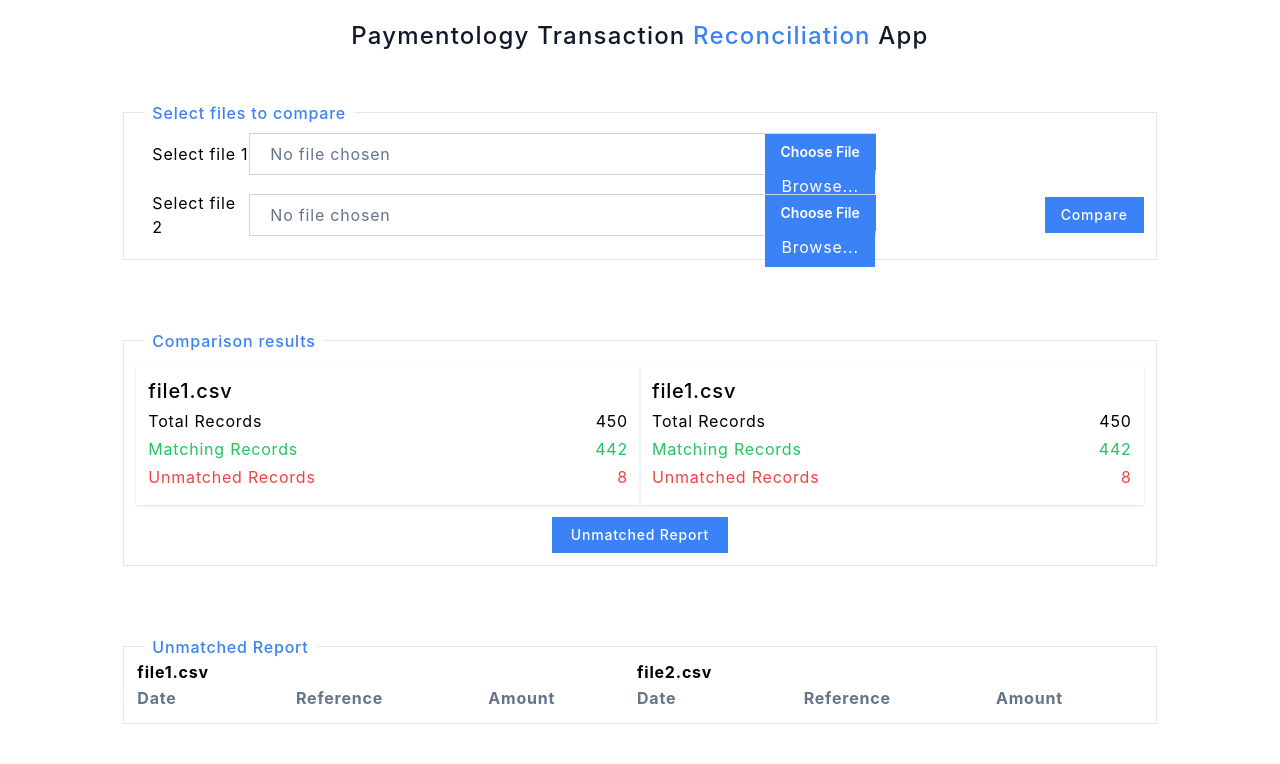
Repository: chionye/paymentology-front
Page: /
These files come from the project's save history. The page is drawn as it stood at one moment and after a run of saves; the edit follows.
The browser window is 1280 px wide. The pictures show the whole page.
The project was rebuilt for these pictures with package versions that can differ from the ones it lists, and the page was loaded fresh each time.

Above is the page before, as saved 2022-03-16 19:24:25.

After the next 2 saves:
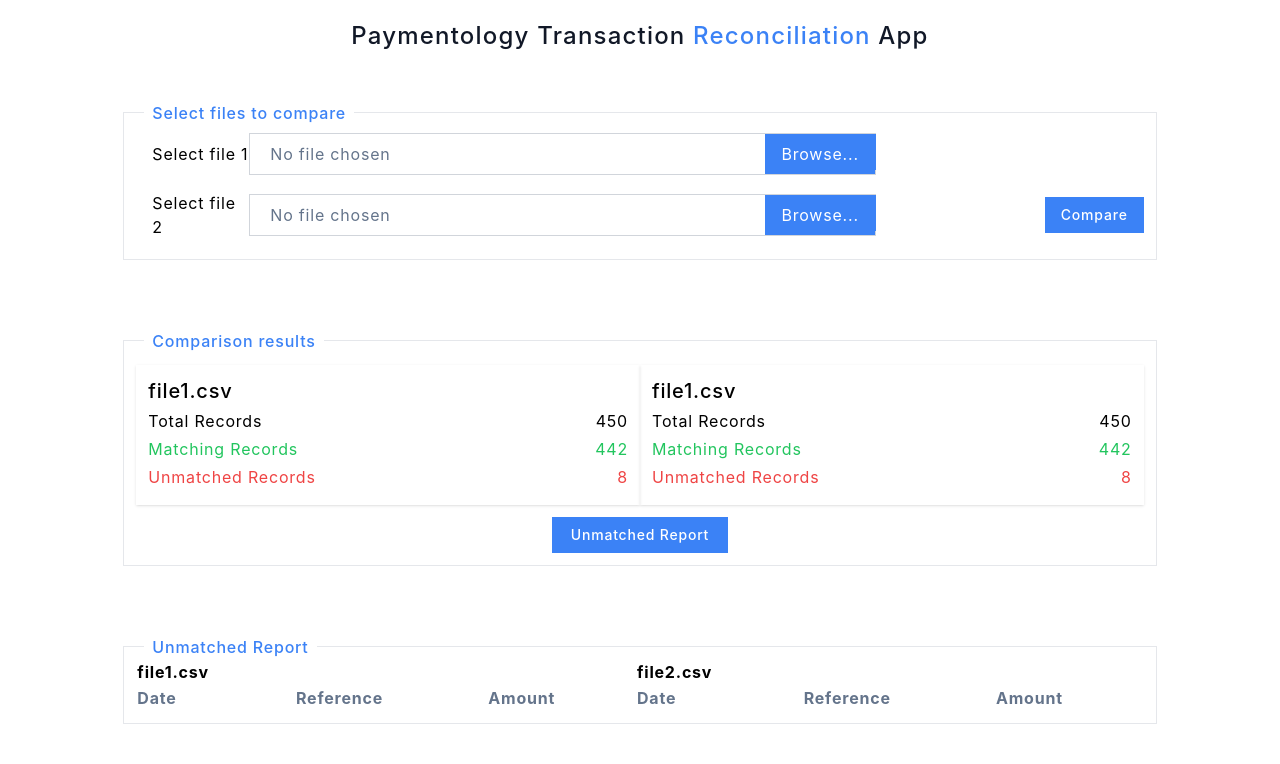
The 2 saves are shown as one change because they came seconds apart.
The last was saved 8 s later.
--- a/src/components/InputFile.js
+++ b/src/components/InputFile.js
@@ -20,7 +20,7 @@ const InputFile = (props) => {
                     hover:file:bg-blue-700
                     file:text-white
                 "/>
-                <div className="absolute bg-blue-500 text-white px-4 py-2 right-0">Browse...</div>
+                <div className="absolute bg-blue-500 text-white px-4 py-2 right-0 top-0">Browse...</div>
             </div>
 
         </div>
